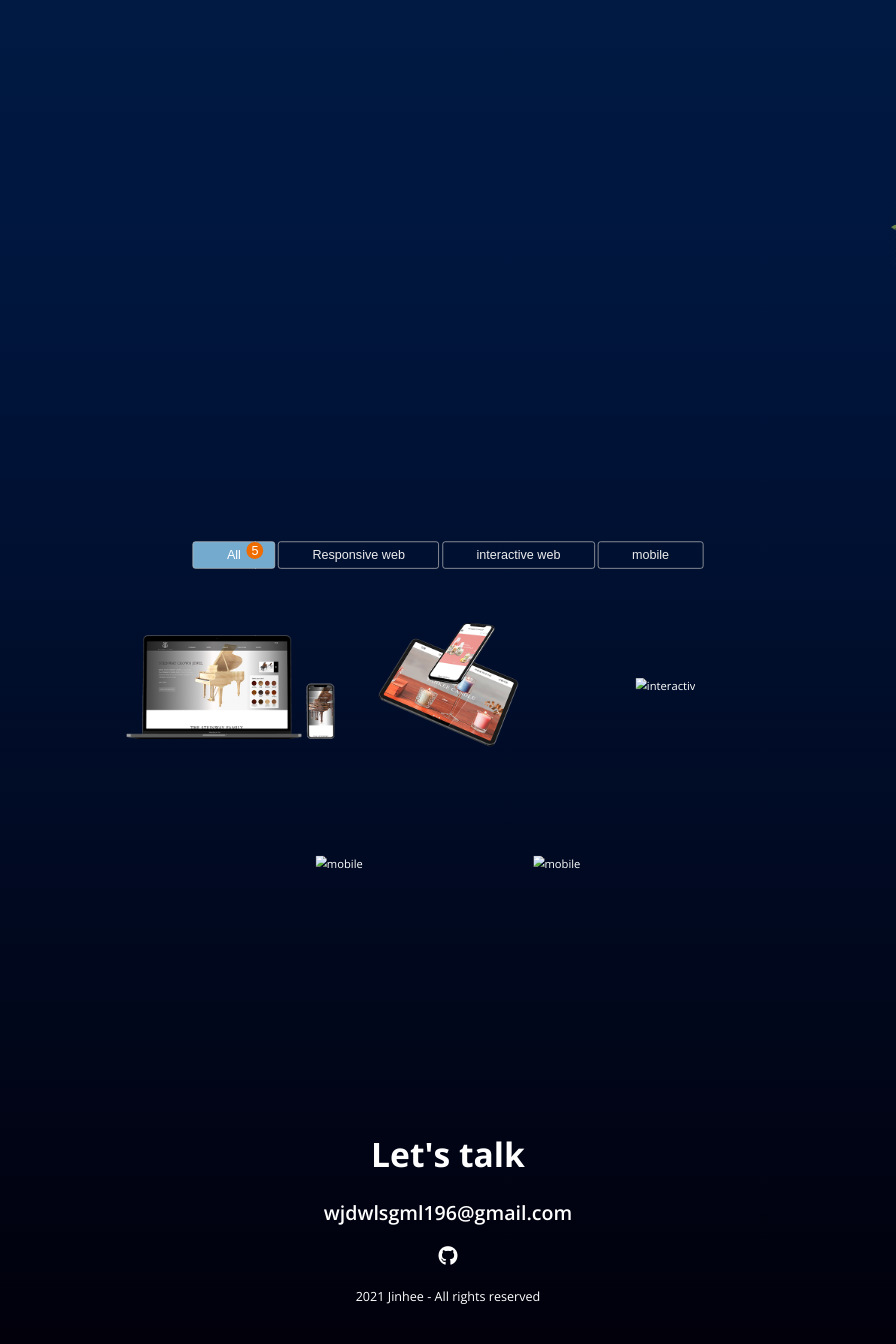
Repository: jinhee196/portfolio
Page: index.html
An editor plug-in stored every save of this project. The page is shown before and after the next save, followed by the edit.
The browser window is 1280 px wide. The pictures show the part of the page from y = 2639 to 4559 px (the page is 4559 px tall), at 70% of full size.
Some web libraries are served in a nearby version.

Above is the page before, as saved 2021-06-06 17:59:16.

After the next save:
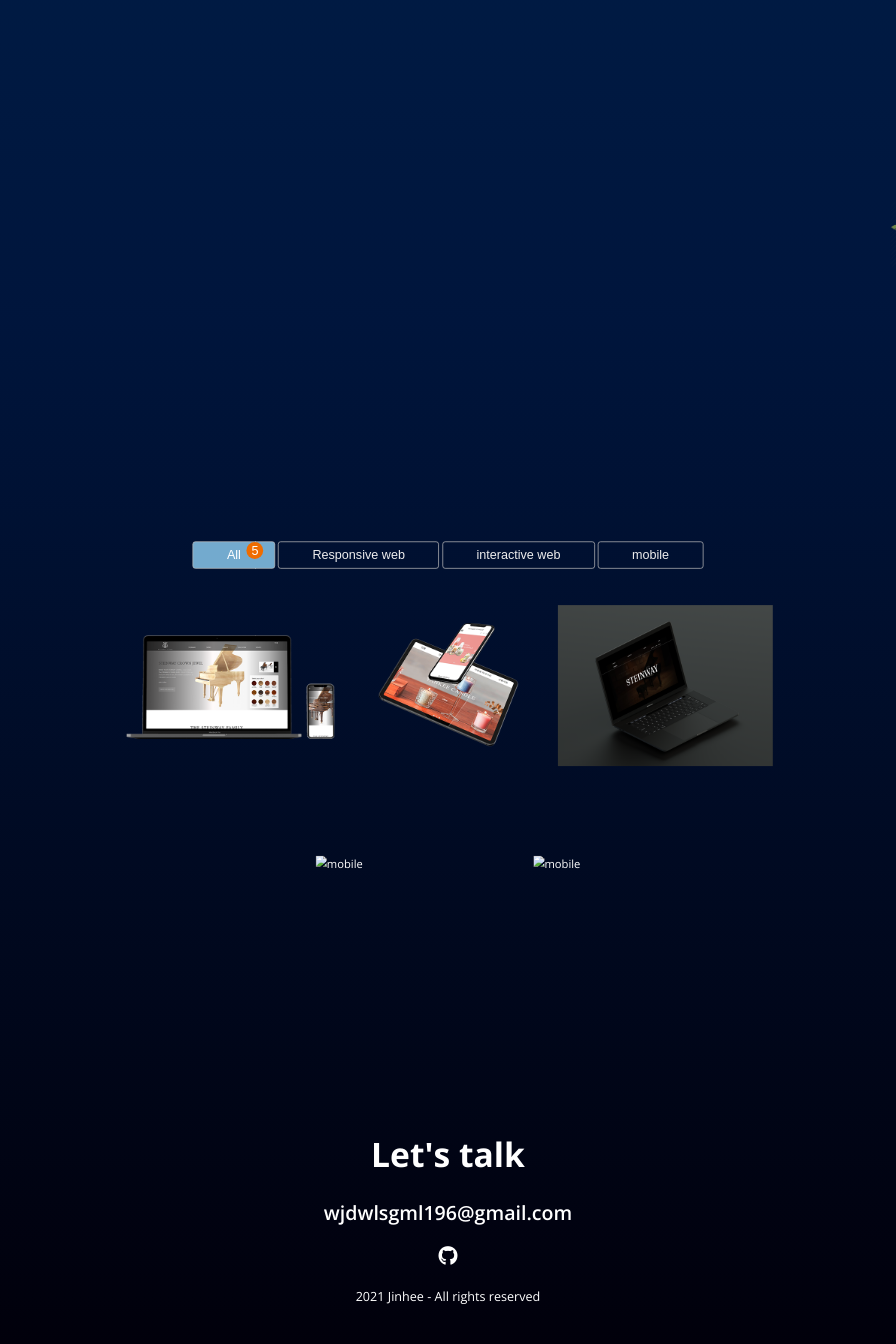
Saved 37 min 57 s later.
--- a/index.html
+++ b/index.html
@@ -249,7 +249,7 @@
                 </div>
             </a>
             <a href="#" class="project" target="_blank" data-type="interaction">
-                <img src="" alt="interactiv" class="project__img">
+                <img src="img/Mockup1.png" alt="interactiv" class="project__img">
                 <div class="project__description">
                     <h3>SteinWay Site Subpage</h3>
                     <span>Sub Page with HTML, CSS and JavaScript</span>
